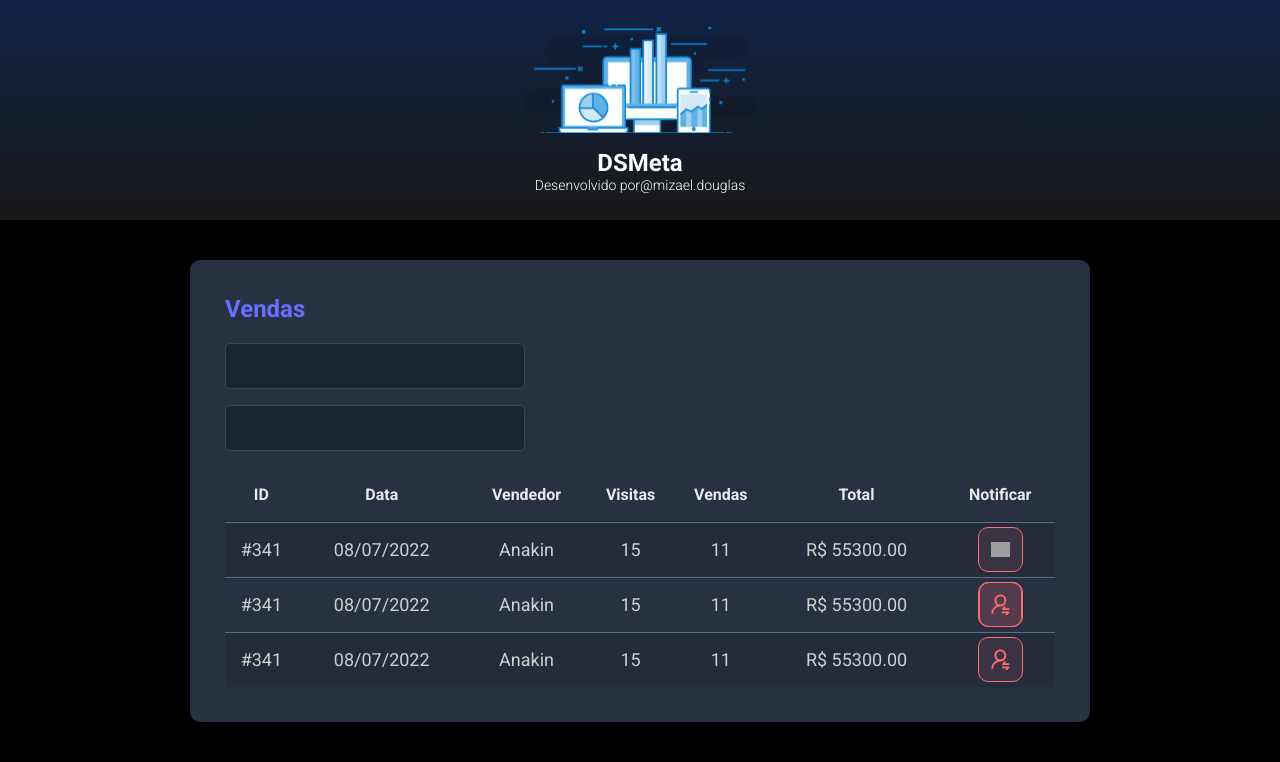
Repository: Mizaeldouglas/ds-Meta
Page: / (app in frontend/)
An editor plug-in stored every save of this project. The page is shown before and after the next save, followed by the edit.
The browser window is 1280 px wide. The pictures show the whole page.
Pictures or frames that could not be fetched are drawn as grey boxes. The project was rebuilt for these pictures with package versions that can differ from the ones it lists, and the page was loaded fresh each time. Also part of the build but not shown: frontend/vite.config.ts.

Above is the page before, as saved 2022-07-11 11:23:27.

After the next save:
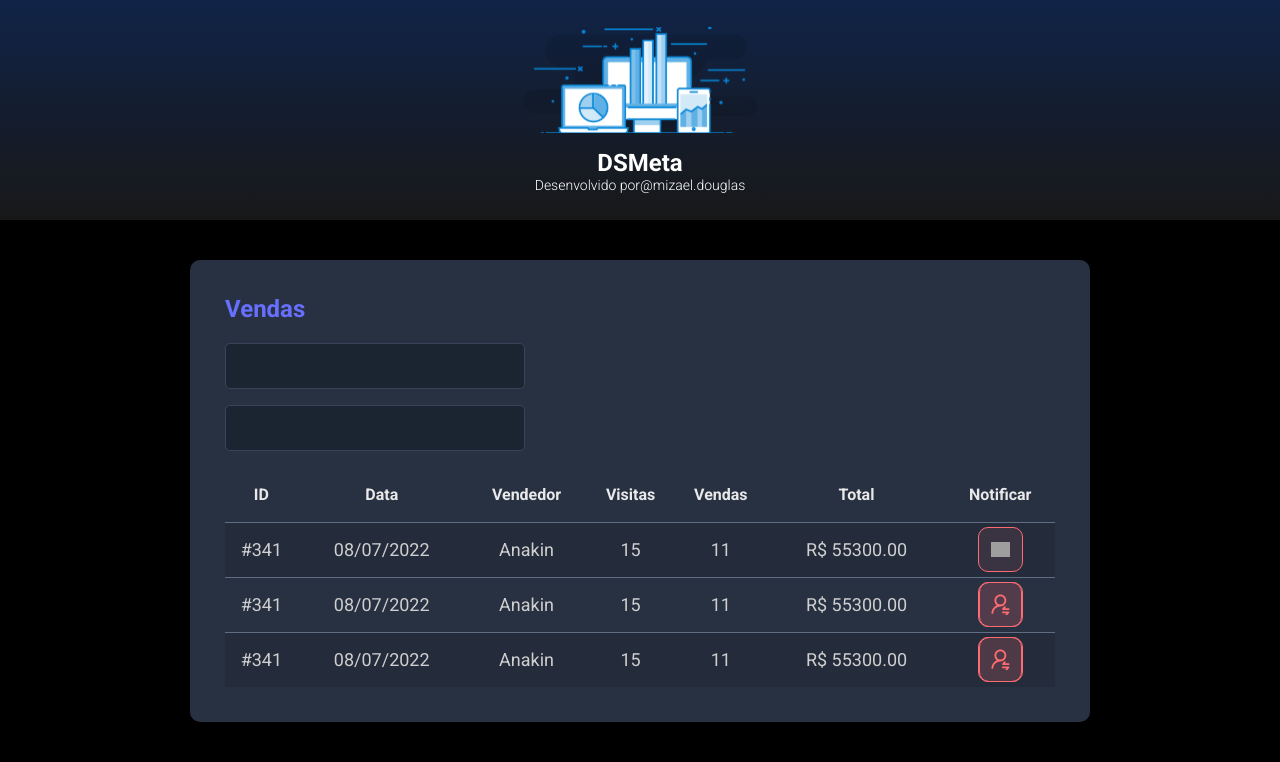
Saved 17 s later.
--- a/frontend/src/components/SalesCard/index.tsx
+++ b/frontend/src/components/SalesCard/index.tsx
@@ -67,7 +67,9 @@ export default function SalesCard(){
                     <td>R$ 55300.00</td>
                     <td>
                       <div className="dsmeta-red-btn-container">
-					  <NotificationButton />
+                        <div className="dsmeta-red-btn">
+						<NotificationButton />
+                        </div>
                       </div>
                     </td>
                   </tr>
